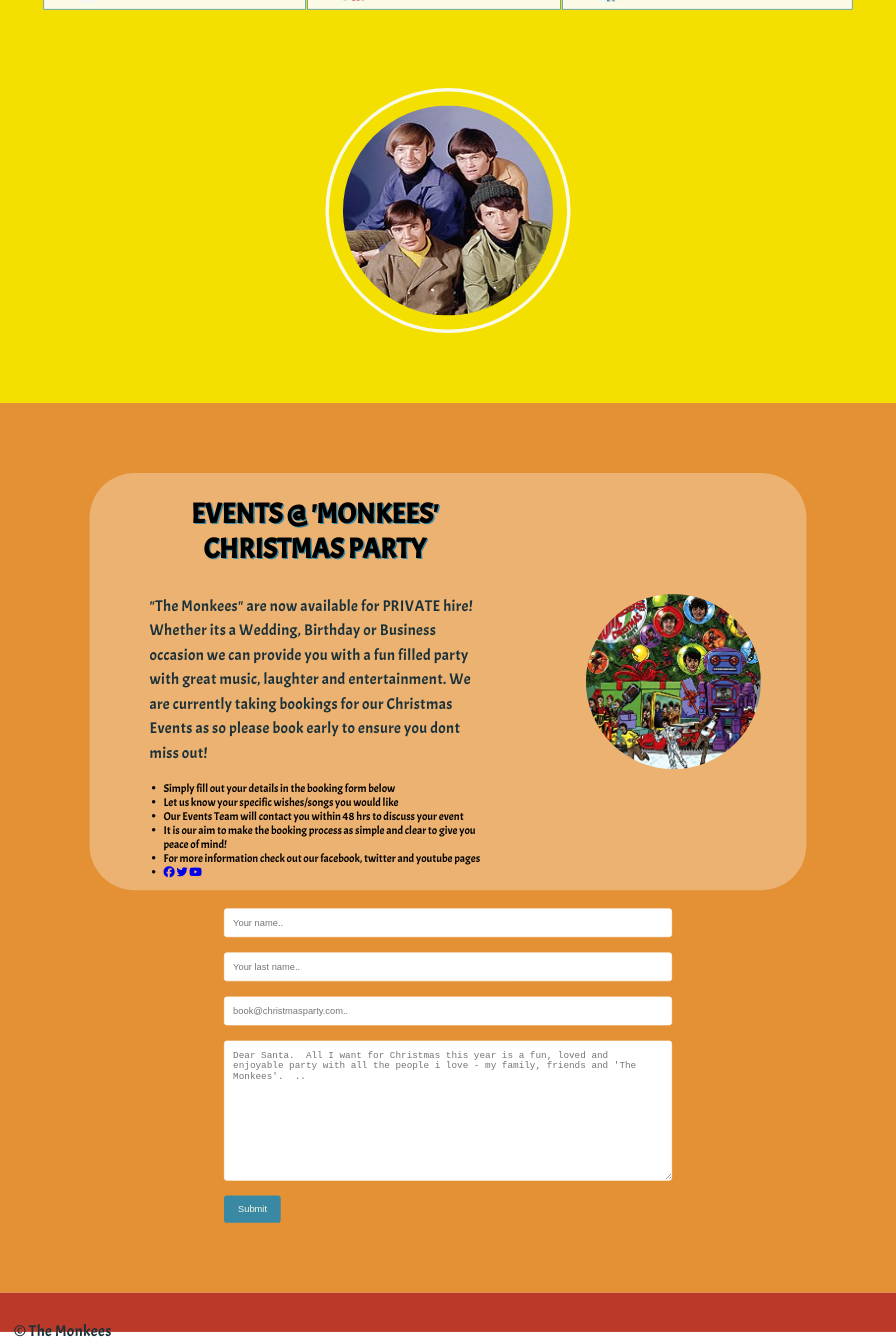
Repository: stu1612/Milestone-Project-Stu-Bolderson
Page: index.html
The author's editor kept a record of every edit. The page is drawn from the files as they stood at one moment, then again after the next edit.
The browser window is 1280 px wide. The pictures show the part of the page from y = 3684 to 5604 px (the page is 5604 px tall before and 5584 px after), at 70% of full size.
Some web libraries are served in a nearby version.

Above is the page before.

### index.html
<!DOCTYPE html>
<html lang="en">

<head>
    <meta charset="UTF-8">
    <meta name="viewport" content="width=device-width, initial-scale=1.0">
    <meta http-equiv="X-UA-Compatible" content="ie=edge">
    <link rel="stylesheet" href="https://maxcdn.bootstrapcdn.com/font-awesome/4.7.0/css/font-awesome.min.css" type="text/css" />
    <link rel="stylesheet" href="https://cdnjs.cloudflare.com/ajax/libs/hover.css/2.1.1/css/hover-min.css" type="text/css" />
    <link rel="icon" type="image/png" href="./assets/images/monkees-logo.png"/>
    <link href="https://fonts.googleapis.com/css?family=Acme&display=swap" rel="stylesheet">
    <script src="https://kit.fontawesome.com/67768a2f6d.js"></script>
    <link rel="stylesheet" href="style.css" type="text/css" />
    <title>The Monkees | Official Fans Site</title>
</head>

<body>


    <!-- ****************** NAVIGATION ************************ -->

    <div class="header">
        <a href="#home"><img src="./assets/images/monkees-logo.png" class="logo-img" alt="monkees logo image"></a>
        <div class="nav">
            <label for="toggle">&#9776;</label>
            <input type="checkbox" id="toggle" />
            <div class="menu">
                <a href="#section-about">The Monkees</a>
                <a href="#section-music">The Music</a>
                <a href="#section-events">The Events</a>
                <a href="#0"><i class="fab fa-facebook"></i></a>
                <a href="#0"><i class="fab fa-twitter"></i></a>
                <a href="#0"><i class="fab fa-youtube"></i></a>
            </div>
        </div>
    </div>

    <!-- *************************************** IMAGE BANNER ********************** -->

            <span class="anchor" id="home"></span>
            <div class="section"></div>

            <div class="banner-image">
            </div>

    <!-- *************************************** THE MONKEES ********************** -->
    <main>

        <section class="about">
            <span class="anchor" id="section-about"></span>
            <div class="section"></div>


            <div class="background about">

                <div class="container content-box">
                    <div class="container circle-images">
                        <img src="./assets/images/Jones.jpg" alt="circular image of Davey Jones from 'The Monkees'">
                        <img src="./assets/images/Tork.jpg" alt="circular image of Pete Tork from 'The Monkees'">
                    </div>

                    <div class="container text-box">
                        <h1>The Monkees</h1>
                        <p>For over 50 years have performed all over the world performing your most loved hits! This fan site is dedicated to all our old and new friends who want instant access to our hits from the 60's till now. Whether you are at home or on the
                            go, you will never be far from listening to your favourite songs!</p>
                        <p>Check out our social media accounts for current news, and dont forget that we are now taking private booking events. We cater for various business and private events, and we are currently are taking bookings for this Christmas where we
                            will perform our latest album - "The Christmas Party" </p>
                    </div>
                    <div class="container circle-images">
                        <img src="./assets/images/mickey.jpg" alt="circular image of Mickey Dolenz from 'The Monkees'">
                        <img src="./assets/images/Nesmith.jpg" alt="circular image of Micheal Nesmith from 'The Monkees'">
                    </div>
                </div>

                <!-- band image displayed beneath (intro/about) section-->
                <div class="container image-box">
                    <img src="./assets/images/monkees.jpg" alt="black and white band image of 'The Monkees' from the 1960's">
                </div>
                <!--end of div-->
            </div>

        </section>


        <!-- *************************************** MUSIC ********************** -->

        <section id="music">

            <span class="anchor" id="section-music"></span>
            <div class="section"></div>


            <div class="background music">
                <div class="music-table-text">
                    <h2>The Monkees Music</h2>
                    <p>We have compiled a small selection of our most loved hits from over the years. To watch our music single videos - simply search for your song of choice and click! If you are interested in booking a Xmas event with us, feel free to check
                        out two of our playlist hits, "Wonderful Christmastime" and "Silver Bells".
                    </p>
                </div>
                <div class="music-table">
                    <table>

                        <tr>
                            <td class="music-col">
                                <a class="album-song" href="https://www.youtube.com/watch?v=W83InivbUSQ" target="_blank">
                                    <img src="./assets/images/more_of_monkees.jpg" class="pull-left" title="More of the Monkees" alt="Monkees album cover image">
                                <p>"I'm a Believer" - 1966</p></a>
                            </td>

                            <td class="music-col">
                                <a class="album-song" href="https://www.youtube.com/watch?v=xvqeSJlgaNk" target="_blank">
                                    <img src="./assets/images/mon_the_birds.jpg" class="pull-left" title="The Birds the Bees and the Monkees" alt="Monkees album cover image">
                                <p>"Daydream Believer" - 1967</p></a>
                            </td>

                            <td class="music-col">
                                <a class="album-song" href="https://www.youtube.com/watch?v=QWTa9CE51sA" target="_blank">
                                    <img src="./assets/images/mon_the_birds.jpg" class="pull-left" title="The Birds the Bees and the Monkees" alt="Monkees album cover image">
                                <p>"Valleri" - 1968</p></a>
                            </td>
                        </tr>
                        <tr>
                            <td class="music-col">
                                <a class="album-song" href="https://www.youtube.com/watch?v=ud2mvXZR470" target="_blank" >
                                    <img src="./assets/images/monkees_albumcover.jpg" class="pull-left" title="The Monkees" alt="Monkees album cover image">
                                <p>"Last Train to Clarksville" - 1966</p></a>
                            </td>

                            <td class="music-col">
                                <a class="album-song" href="https://www.youtube.com/watch?v=klU01gYb6F0" target="_blank">
                                    <img src="./assets/images/mon_pacj.jpg" class="pull-left" title="Pisces, Aquarius, Capricorn & Jones Ltd" alt="Monkees album cover image">
                                <p>"Pleasant Valley Sunday" - 1967</p></a>
                            </td>

                            <td class="music-col">
                                <a class="album-song" href="https://www.youtube.com/watch?v=sezVApK9rTk" target="_blank">
                                    <img src="./assets/images/mon_head.jpg" class="pull-left" title="Head" alt="Monkees album cover image">
                                <p>"The Purpoise Song" - 1968</p></a>
                            </td>
                        </tr>

                        <tr>
                            <td class="music-col">
                                <a class="album-song" href="https://www.youtube.com/watch?v=-Gmgz2tqJEU" target="_blank">
                                    <img src="./assets/images/Monkees_present.png" class="pull-left" title="The Monkees Present" alt="Monkees album cover image">
                                <p>"Good Clean Fun" - 1969</p></a>
                            </td>

                            <td class="music-col">
                                <a class="album-song" href="https://www.youtube.com/watch?v=MNGVNa6jfws" target="_blank">
                                    <img src="./assets/images/monkees_changes.jpg" class="pull-left" title="Changes" alt="Monkees album cover image">
                                <p>"I Love you Better" - 1970</p></a>
                            </td>

                            <td class="music-col">
                                <a class="album-song" href="https://www.youtube.com/watch?v=mo7cBvd62Uw" target="_blank">
                                    <img src="./assets/images/mon_poolit.jpg" class="pull-left" title="Pool It" alt="Monkees album cover image">
                                <p>"Heart and Soul" - 1987</p></a>
                            </td>
                        </tr>
                        <tr>
                            <td class="music-col">
                                <a class="album-song" href="https://www.youtube.com/watch?v=UkK8sDWFdTI" target="_blank">
                                    <img src="./assets/images/mon_instant_replay.jpg" class="pull-left" title="Instant Replay" alt="Monkees album cover image">
                                <p>"Tear Drop City" - 1969</p></a>
                            </td>

                            <td class="music-col">
                                <a class="album-song" href="https://www.youtube.com/watch?v=y8fkCHt4wA0" target="_blank">
                                    <img src="./assets/images/monkees_changes.jpg" class="pull-left" title="Changes" alt="Monkees album cover image">
                                <p>"Oh My My" - 1970</p></a>
                            </td>

                            <td class="music-col">
                                <a class="album-song" href="https://www.youtube.com/watch?v=sZcO_6L7Ubk" target="_blank">
                                    <img src="./assets/images/mon_poolit.jpg" class="pull-left" title="Pool It" alt="Monkees album cover image">
                                <p>"(I'd Go The) Whole Wide World" - 1987</p></a>
                            </td>
                        </tr>

                        <tr>
                            <td class="music-col">
                                <a class="album-song" href="https://www.youtube.com/watch?v=GJf42h3wdLM" target="_blank">
                                    <img src="./assets/images/mon_justus.jpg" class="pull-left" title="Justus" alt="Monkees album cover image">
                                <p>"Never Enough" - 1996</p></a>
                            </td>

                            <td class="music-col">
                                <a class="album-song" href="https://www.youtube.com/watch?v=QxptjN_HxZs" target="_blank">
                                    <img src="./assets/images/mon_gtimes.jpg" class="pull-left" title="Good Times" alt="Monkees album cover image">
                                <p>"Good Times" - 2016</p></a>
                            </td>

                            <td class="music-col">
                                <a class="album-song" href="https://www.youtube.com/watch?v=paPdzPSCwTY" target="_blank">
                                    <img src="./assets/images/mon_xmas.jpg" class="pull-left" title="Christmas Party" alt="Monkees album cover image">
                                <p>"Wonderful Christmastime"</p></a>
                            </td>
                        </tr>
                        <tr>
                            <td class="music-col">
                                <a class="album-song" href="https://www.youtube.com/watch?v=zfZifyxc9r0" target="_blank">
                                    <img src="./assets/images/mon_justus.jpg" class="pull-left" title="Justus" alt="Monkees album cover image">
                                <p>"You and I" - 1996</p></a>
                            </td>

                            <td class="music-col">
                                <a class="album-song" href="https://www.youtube.com/watch?v=b98acgLiwd8" target="_blank">
                                    <img src="./assets/images/mon_gtimes.jpg" class="pull-left" title="Good Times" alt="Monkees album cover image">
                                <p>"Love to Love" - 2016</p></a>
                            </td>

                            <td class="music-col">
                                <a class="album-song" href="https://www.youtube.com/watch?v=JeiG3eGOnxU" target="_blank">
                                    <img src="./assets/images/mon_xmas.jpg" class="pull-left" title="Christmas Party" alt="Monkees album cover image">
                                <p>"Silver Bells"</p></a>
                            </td>
                        </tr>
                    </table>
                    </div>

                <div class="music-table-mobile">
                    <div class="dropdown">
                        <button class="dropbtn">1966</button>
                        <div class="dropdown-content">
                            <a href="https://www.youtube.com/watch?v=W83InivbUSQ" target="_blank">"I'm a Believer"</a>
                            <a href="https://www.youtube.com/watch?v=ud2mvXZR470" target="_blank">"Last Train to Clarksville"</a>
                        </div>
                    </div>
                    <div class="dropdown">
                        <button class="dropbtn">1967</button>
                        <div class="dropdown-content">
                            <a href="https://www.youtube.com/watch?v=xvqeSJlgaNk" target="_blank">"Daydream Believer"</a>
                            <a href="https://www.youtube.com/watch?v=klU01gYb6F0" target="_blank">"Pleasant Valley Sunday"</a>
                        </div>
                    </div>
                    <div class="dropdown">
                        <button class="dropbtn">1968</button>
                        <div class="dropdown-content">
                            <a href="https://www.youtube.com/watch?v=QWTa9CE51sA" target="_blank">"Valleri"</a>
                            <a href="https://www.youtube.com/watch?v=sezVApK9rTk" target="_blank">"The Purpoise Song"</a>
                        </div>
                    </div>
                    <div class="dropdown">
                        <button class="dropbtn">1969</button>
                        <div class="dropdown-content">
                            <a href="https://www.youtube.com/watch?v=-Gmgz2tqJEU" target="_blank">"Good Clean Fun"</a>
                            <a href="https://www.youtube.com/watch?v=UkK8sDWFdTI" target="_blank">"Tear Drop City"</a>
                        </div>
                    </div>
                    <div class="dropdown">
                        <button class="dropbtn">1970</button>
                        <div class="dropdown-content">
                            <a href="https://www.youtube.com/watch?v=MNGVNa6jfws" target="_blank">"I Love You Better"</a>
                            <a href="https://www.youtube.com/watch?v=y8fkCHt4wA0" target="_blank">"Oh My My"</a>
                        </div>
                    </div>
                    <div class="dropdown">
                        <button class="dropbtn">1987</button>
                        <div class="dropdown-content">
                            <a href="https://www.youtube.com/watch?v=mo7cBvd62Uw" target="_blank">"Heart and Soul"</a>
                            <a href="https://www.youtube.com/watch?v=sZcO_6L7Ubk" target="_blank">"(I'd Go The) Whole Wide World"</a>
                        </div>
                    </div>
                    <div class="dropdown">
                        <button class="dropbtn">1996</button>
                        <div class="dropdown-content">
                            <a href="https://www.youtube.com/watch?v=GJf42h3wdLM" target="_blank">"Never Enough"</a>
                            <a href="https://www.youtube.com/watch?v=zfZifyxc9r0" target="_blank">"You and I"</a>
                        </div>
                    </div>
                    <div class="dropdown">
                        <button class="dropbtn">2016</button>
                        <div class="dropdown-content">
                            <a href="https://www.youtube.com/watch?v=QxptjN_HxZs" target="_blank">"Good Times"</a>
                            <a href="https://www.youtube.com/watch?v=b98acgLiwd8" target="_blank">"Love to Love"</a>
                        </div>
                    </div>
                    <div class="dropdown">
                        <button class="dropbtn">Xmas Party</button>
                        <div class="dropdown-content">
                            <a href="https://www.youtube.com/watch?v=paPdzPSCwTY" target="_blank">"Wonderful Christmastime"</a>
                            <a href="https://www.youtube.com/watch?v=JeiG3eGOnxU" target="_blank">"Silver Bell"</a>
                        </div>
                    </div>
                </div>
                    <img src="./assets/images/band.jpg" class="band-image" alt="band image of the 'Monkees'">
              <!-- end of div -->
            </div>
        </section>

        <section id="events">
            <span class="anchor" id="section-events"></span>
            <div class="section"></div>

            <div class="background events">
                <div class="events-img-txt">
                <div class="events-text">
                    <h2><span>events</span> @ 'monkees' Christmas Party</h2>
                    <p>"The Monkees" are now available for PRIVATE hire! Whether its a Wedding, Birthday or Business occasion we can provide you with a fun filled party with great music, laughter and entertainment. We are currently taking bookings for our Christmas Events
                        as so please book early to ensure you dont miss out!</p>
                    <ul>
                        <li>Simply fill out your details in the booking form below</li>
                        <li>Let us know your specific wishes/songs you would like</li>
                        <li>Our Events Team will contact you within 48 hrs to discuss your event</li>
                        <li>It is our aim to make the booking process as simple and clear to give you peace of mind!</li>
                        <li><span>For more information check out our facebook, twitter and youtube pages</span></li>
                        <li class="socialmedia-icons">
                            <a href="#0"><i class="fab fa-facebook"></i></a>
                            <a href="#0"><i class="fab fa-twitter"></i></a>
                            <a href="#0"><i class="fab fa-youtube"></i></a>
                        </li>
                    </ul>

                </div>
                <img src="./assets/images/mon_xmas.jpg" alt="Image of the Christmas Party album cover">
               </div>


                    <div class="container contact">
                        <form action="/action_page.php" method="get">

                            <input type="text" id="fname" name="firstname" placeholder="Your name..">
                            <input type="text" id="lname" name="lastname" placeholder="Your last name..">
                            <input type="text" id="email" name="email" placeholder="book@christmasparty.com..">
                            <textarea id="subject" name="subject" placeholder="Dear Santa.  All I want for Christmas this year is a fun, loved and enjoyable party with all the people i love - my family, friends and 'The Monkees'.  .." style="height:200px"></textarea>
                            <input type="submit" value="Submit">
                        </form>
                    </div>

            </div>
        </section>

    </main>

    <div class="footer">
         <p>© The Monkees</p>
    </div>

    <script src="https://ajax.googleapis.com/ajax/libs/jquery/3.4.0/jquery.min.js"></script>
    <script src="https://cdnjs.cloudflare.com/ajax/libs/popper.js/1.14.7/umd/popper.min.js"></script>
</body>

</html>

Loaded but not shown: style.css (649 lines, source omitted)

After the next edit:
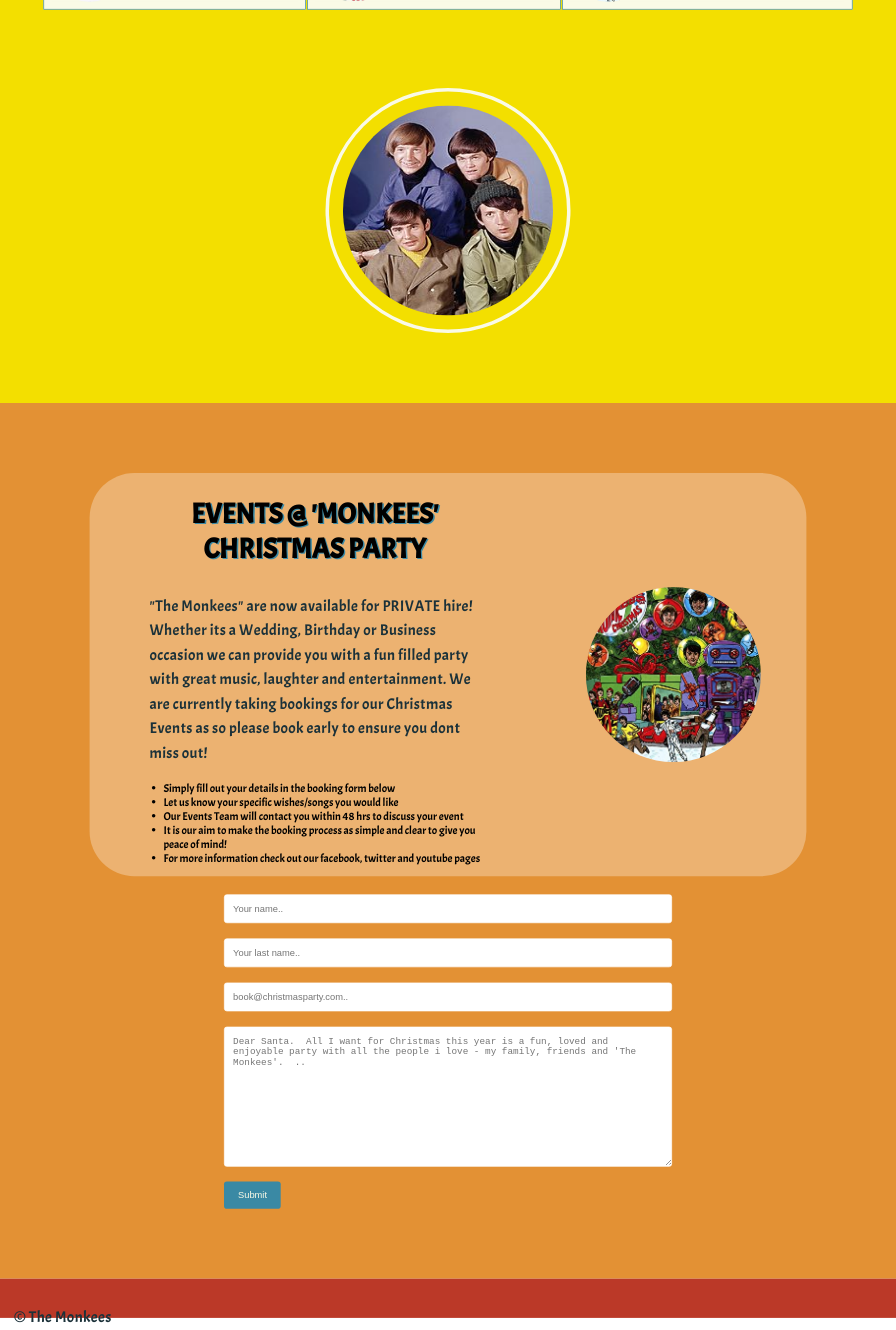
The edit:
--- a/index.html
+++ b/index.html
@@ -304,12 +304,7 @@
                         <li>Let us know your specific wishes/songs you would like</li>
                         <li>Our Events Team will contact you within 48 hrs to discuss your event</li>
                         <li>It is our aim to make the booking process as simple and clear to give you peace of mind!</li>
-                        <li><span>For more information check out our facebook, twitter and youtube pages</span></li>
-                        <li class="socialmedia-icons">
-                            <a href="#0"><i class="fab fa-facebook"></i></a>
-                            <a href="#0"><i class="fab fa-twitter"></i></a>
-                            <a href="#0"><i class="fab fa-youtube"></i></a>
-                        </li>
+                        <li>For more information check out our facebook, twitter and youtube pages</li>
                     </ul>
 
                 </div>
